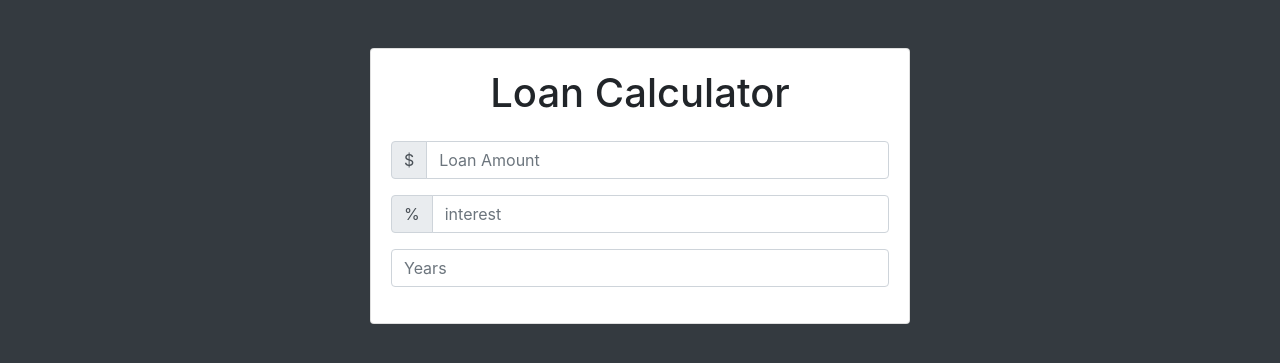
Repository: varun-project/LearningJs
Page: index.html
The author's editor kept a copy of each file at every save. The page is drawn from the files as they stood at one save, then again after the next save.
The browser window is 1280 px wide. The pictures show the whole page.

Above is the page before, as saved 2019-07-28 17:12:09.

### index.html
<!DOCTYPE html>
<html lang="en">
  <head>
    <!-- Required meta tags -->
    <meta charset="utf-8" />
    <meta
      name="viewport"
      content="width=device-width, initial-scale=1, shrink-to-fit=no"
    />

    <!-- Bootstrap CSS -->
    <link
      rel="stylesheet"
      href="https://stackpath.bootstrapcdn.com/bootstrap/4.3.1/css/bootstrap.min.css"
      integrity="sha384-ggOyR0iXCbMQv3Xipma34MD+dH/1fQ784/j6cY/iJTQUOhcWr7x9JvoRxT2MZw1T"
      crossorigin="anonymous"
    />

    <title>Hello, world!</title>
  </head>
  <body class="bg-dark">
    <div class="container">
      <div class="row">
        <div class="col-md-6 mx-auto">
          <div class="card card-body text-center mt-5">
            <h1 class="heading display-5 pb-3">Loan Calculator</h1>
            <form id="loan-form">
              <div class="form-group">
                <div class="input-group">
                  <div class="input-group-prepend">
                    <div class="input-group-text">$</div>
                  </div>
                  <input
                    type="number"
                    class="form-control"
                    id="amount"
                    placeholder="Loan Amount"
                  />
                </div>
              </div>
              <div class="form-group">
                  <div class="input-group">
                    <div class="input-group-prepend">
                      <div class="input-group-text">%</div>
                    </div>
                    <input
                      type="number"
                      class="form-control"
                      id="interest"
                      placeholder="interest"
                    />
                  </div>
                </div>
              <div class="form-group">
                  <input
                  type="number"
                  class="form-control"
                  id="years"
                  placeholder="Years "
                />
              </div>

            </form>
          </div>
        </div>
      </div>
    </div>

    <!-- Optional JavaScript -->
    <!-- jQuery first, then Popper.js, then Bootstrap JS -->
    <script
      src="https://code.jquery.com/jquery-3.3.1.slim.min.js"
      integrity="sha384-q8i/X+965DzO0rT7abK41JStQIAqVgRVzpbzo5smXKp4YfRvH+8abtTE1Pi6jizo"
      crossorigin="anonymous"
    ></script>
    <script
      src="https://cdnjs.cloudflare.com/ajax/libs/popper.js/1.14.7/umd/popper.min.js"
      integrity="sha384-UO2eT0CpHqdSJQ6hJty5KVphtPhzWj9WO1clHTMGa3JDZwrnQq4sF86dIHNDz0W1"
      crossorigin="anonymous"
    ></script>
    <script
      src="https://stackpath.bootstrapcdn.com/bootstrap/4.3.1/js/bootstrap.min.js"
      integrity="sha384-JjSmVgyd0p3pXB1rRibZUAYoIIy6OrQ6VrjIEaFf/nJGzIxFDsf4x0xIM+B07jRM"
      crossorigin="anonymous"
    ></script>
  </body>
</html>

After the next save:
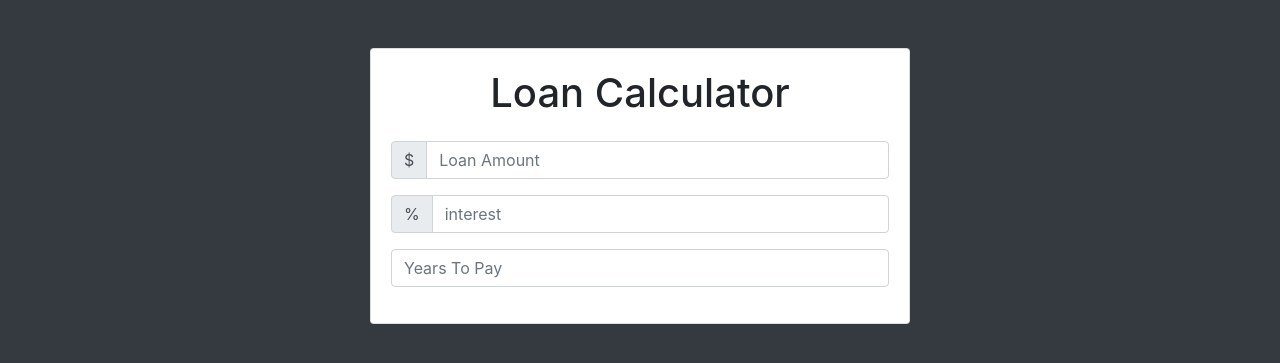
Saved 10 s later.
--- a/index.html
+++ b/index.html
@@ -56,7 +56,7 @@
                   type="number"
                   class="form-control"
                   id="years"
-                  placeholder="Years "
+                  placeholder="Years To Pay"
                 />
               </div>
 
